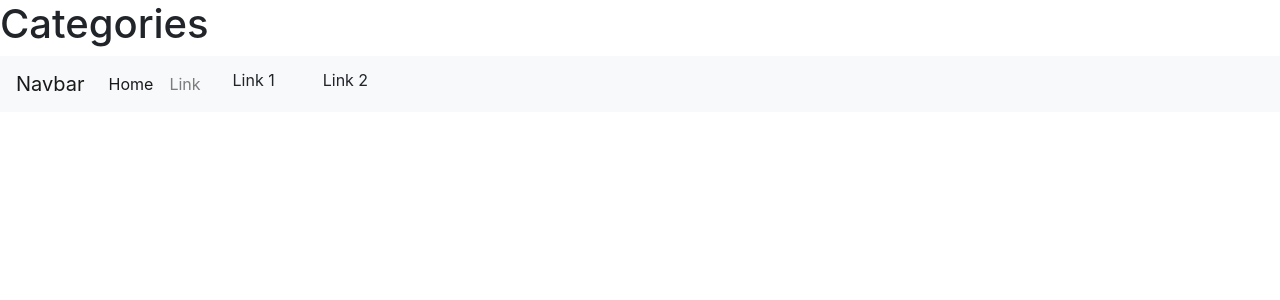
Repository: mahoone/revising_php
Page: http://localhost/public/index.php?v=categories
An editor plug-in stored every save of this project. The page is shown before and after the next save, followed by the edit.
The browser window is 1280 px wide. The pictures show the whole page.
The page is run by PHP 8.4 with error messages shown; the project is at /var/www/html/.

Above is the page before, as saved 2020-06-14 17:33:40.

After the next save:
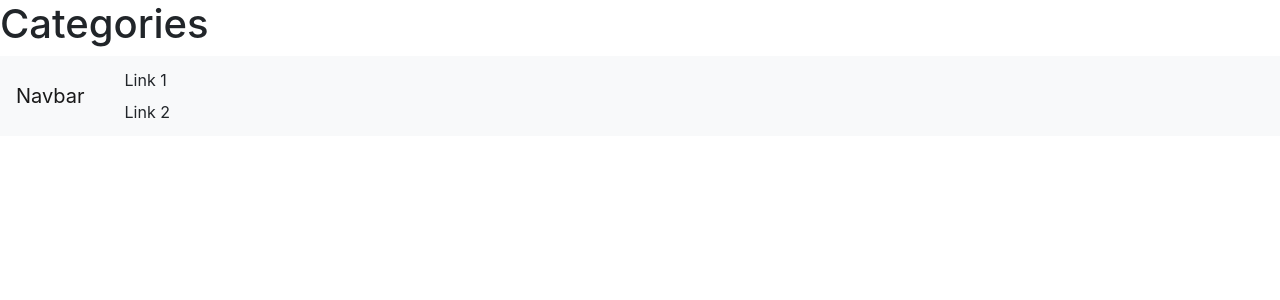
Saved 34 s later.
--- a/public/index.php
+++ b/public/index.php
@@ -21,14 +21,9 @@ include('../utils/utils.php');
   <div class="collapse navbar-collapse" id="navbarSupportedContent">
     <ul class="navbar-nav mr-auto">
       <li class="nav-item active">
-        <a class="nav-link" href="#">Home <span class="sr-only">(current)</span></a>
+            <a class="dropdown-item" href="index.php?v=categories">Link 1</a>
+            <a class="dropdown-item" href="index.php?v=posts">Link 2</a>
       </li>
-      <li class="nav-item">
-        <a class="nav-link" href="#">Link</a>
-      </li>
-        </a>
-          <a class="dropdown-item" href="index.php?v=categories">Link 1</a>
-          <a class="dropdown-item" href="index.php?v=posts">Link 2</a>
     </ul>
   </div>
 </nav>
